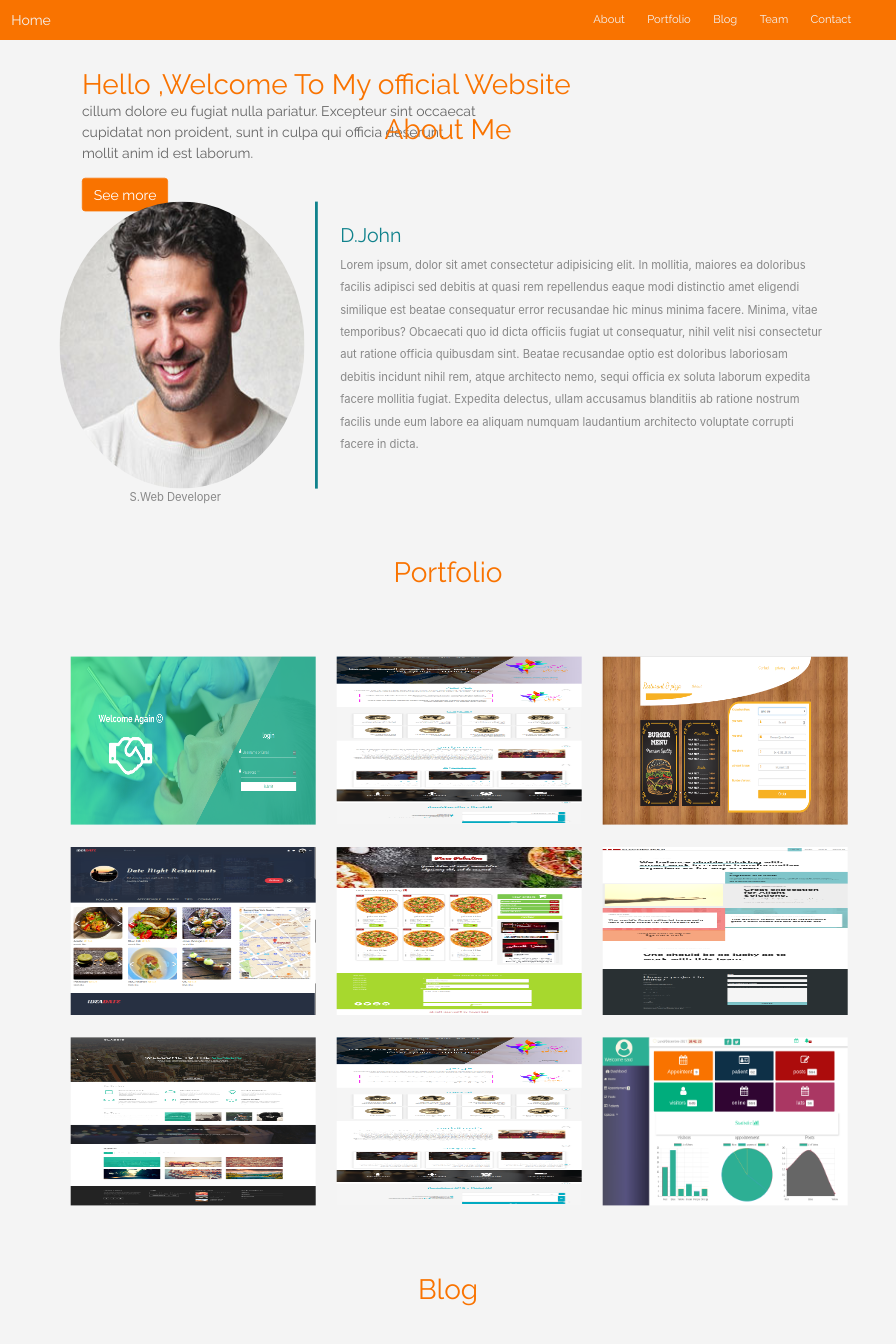
Repository: adrian9211/Bootstrap_website_Ruth
Page: index.html
These files come from the project's save history. The page is drawn as it stood at one moment and after the next save; the edit follows.
The browser window is 1280 px wide. The pictures show the part of the page from y = 0 to 1920 px (the page is 3439 px tall before and 3727 px after), at 70% of full size.

Above is the page before, as saved 2020-11-18 13:23:28.
Console error: ReferenceError: Popper is not defined

After the next save:
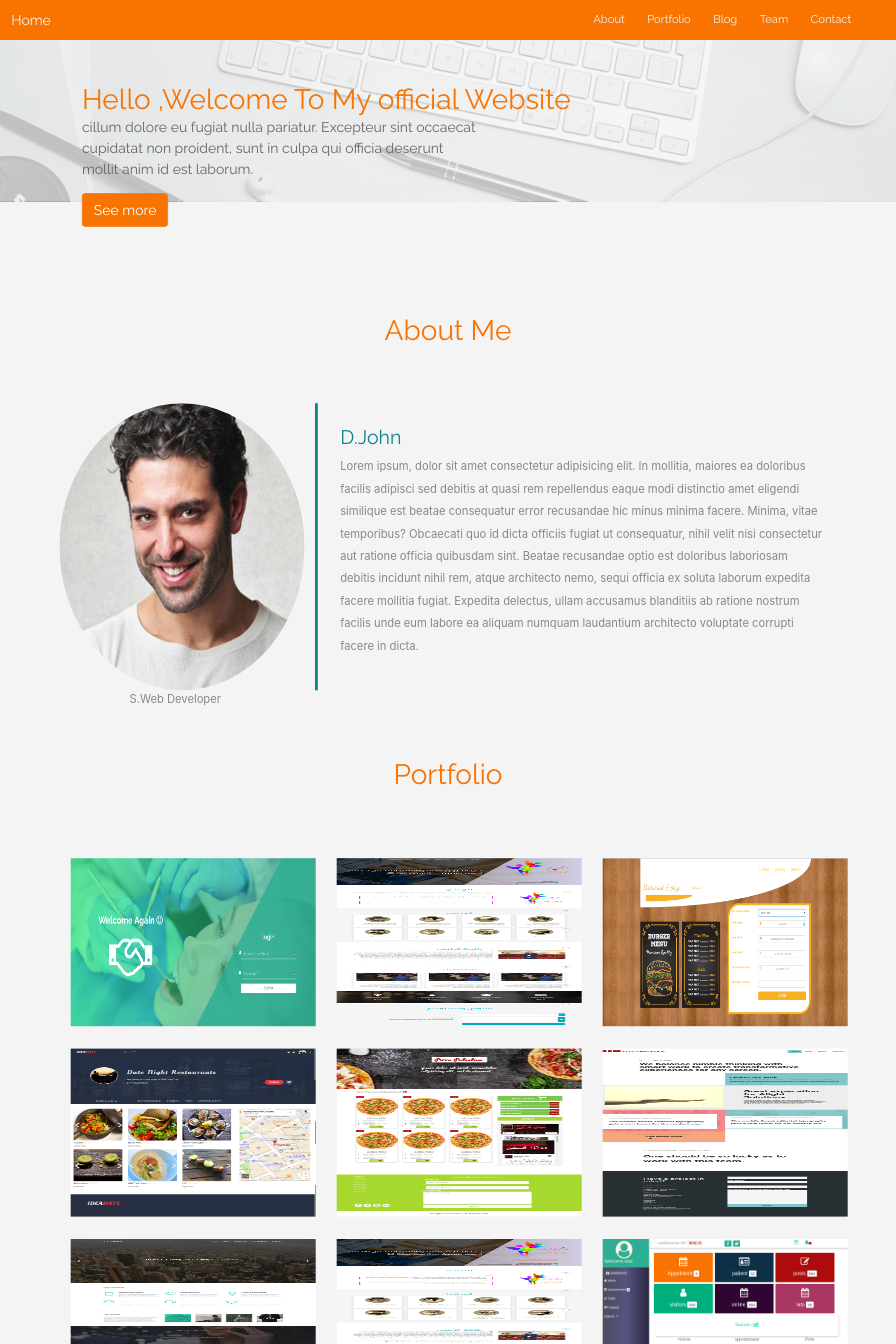
Saved 4 s later.
--- a/css/main.css
+++ b/css/main.css
@@ -31,7 +31,7 @@ html,h1,h2,h3,h4,h5,h6,a{
 
 /*header style*/
 .header{
-	height: ;
+	height: 40vh;
 	position: relative;
 	background-image: url('../images/headerback.jpg');
 	background-size: cover;
